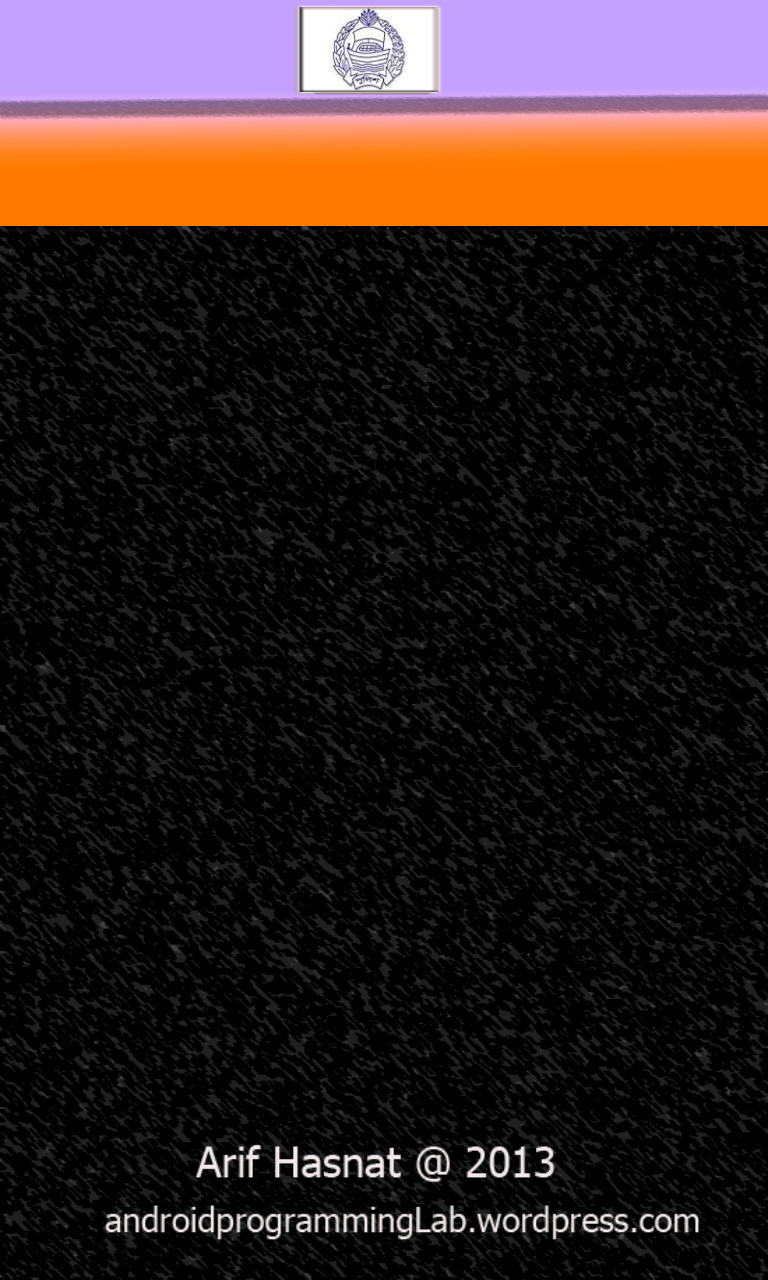
Repository: arifhasnatnstucsteonGit/BanngladeshPoliceService
Layout: Bangladesh Police Service/BangladeshPoliceService/res/layout/tab.xml
These files come from the project's save history. The layout is drawn as it stood at one moment and after the next save; the edit follows.
It is drawn on a 768 x 1280 px phone screen (xhdpi) without system bars, with theme AppTheme; the app's code is not run.

Above is the layout before, as saved 2014-03-10 06:14:04.

After the next save:
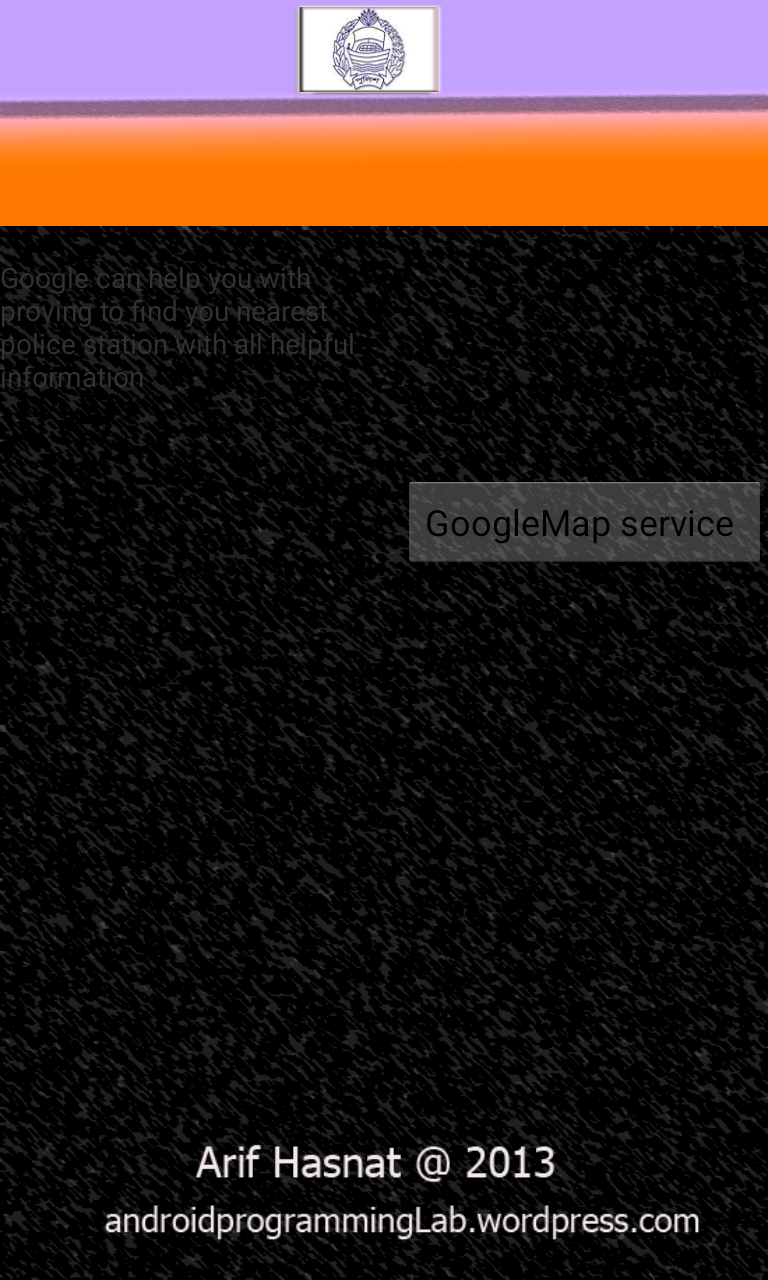
Saved 5 min 39 s later.
--- a/Bangladesh Police Service/BangladeshPoliceService/res/layout/tab.xml
+++ b/Bangladesh Police Service/BangladeshPoliceService/res/layout/tab.xml
@@ -81,6 +81,21 @@
                     android:orientation="horizontal"
                     android:background="@drawable/de"
                     >
+                    <TextView
+                        android:id="@+id/textView2"
+                        android:layout_width="wrap_content"
+                        android:layout_height="324dp"
+                        android:layout_weight="2"
+                        android:text="Google can help you with proving to find you nearest police station with all helpful information" />
+                    <Button
+                        android:id="@+id/googlemap"
+                        android:layout_width="wrap_content"
+                        android:layout_height="wrap_content"
+                        android:layout_alignParentTop="true"
+                        android:layout_centerHorizontal="true"
+                        android:layout_marginTop="124dp"
+                        android:text="GoogleMap service " />
+
                 </LinearLayout>
             </FrameLayout>
         </LinearLayout>
